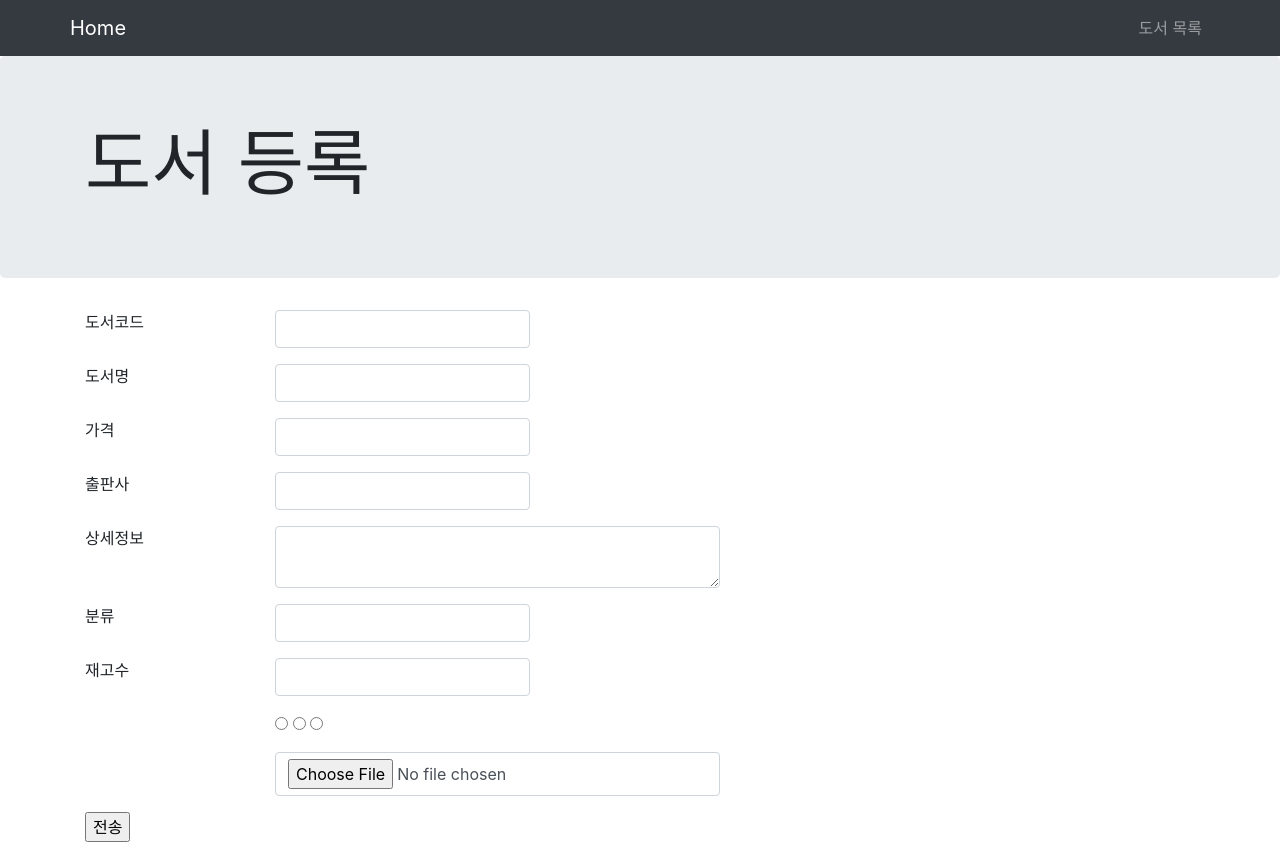
Repository: lhj257/jspwrokspace
Page: http://localhost/BookMarket/addBook.jsp
The author's editor kept a copy of each file at every save. The page is drawn from the files as they stood at one save, then again after the next save.
The browser window is 1280 px wide. The pictures show the whole page.
The page is served by Tomcat 9. Other server files are loaded and not shown.

Above is the page before, as saved 2023-08-30 01:29:53.

### BookMarket/src/main/webapp/addBook.jsp
<%@ page language="java" contentType="text/html; charset=UTF-8"
    pageEncoding="UTF-8"%>
<!DOCTYPE html>
<html>
<head>
<link rel="stylesheet"
	href="https://cdn.jsdelivr.net/npm/bootstrap@4.0.0/dist/css/bootstrap.min.css"
	integrity="sha384-Gn5384xqQ1aoWXA+058RXPxPg6fy4IWvTNh0E263XmFcJlSAwiGgFAW/dAiS6JXm"
	crossorigin="anonymous">
<meta charset="UTF-8">
<title>도서 등록</title>
</head>
<body>
	<jsp:include page="menu.jsp"/>
	<div class="jumbotron">
		<div class="container">
			<h1 class="display-3">도서 등록</h1>
		</div>
	</div>
	<div class="container">
		<form name="newProduct" action="./processAddProduct.jsp" class="form-horizontal" method="post" enctype="multipart/form-data">
			<div class="form-group row">
				<label class="col-sm-2">도서코드</label>
				<div class="col-sm-3">
					<input type="text" id="bookId" name="bookId" class="form-control">
				</div>
			</div>
			<div class="form-group row">
				<label class="col-sm-2">도서명</label>
				<div class="col-sm-3">
					<input type="text" id="name" name="name" class="form-control">
				</div>
			</div>
			<div class="form-group row">
				<label class="col-sm-2">가격</label>
				<div class="col-sm-3">
					<input type="text" id="unitPrice" name="unitPrice" class="form-control">
				</div>
			</div>
			<div class="form-group row">
				<label class="col-sm-2">출판사</label>
				<div class="col-sm-3">
					<input type="text" name="publisher" class="form-control">
				</div>
			</div>
			<div class="form-group row">
				<label class="col-sm-2">상세정보</label>
				<div class="col-sm-5">
					<textarea name="description" cols="50" rows="2" class="form-control"></textarea>
				</div>
			</div>
			<div class="form-group row">
				<label class="col-sm-2">분류</label>
				<div class="col-sm-3">
					<input type="text" name="category" class="form-control">
				</div>
			</div>
			<div class="form-group row">
				<label class="col-sm-2">재고수</label>
				<div class="col-sm-3">
					<input type="text" id="unitsInStock" name="unitsInStock" class="form-control">
				</div>
			</div>
			<div class="form-group row">
				<label class="col-sm-2"></label>
				<div class="col-sm-5">
					<input type="radio" name="condition" value="New">
					<input type="radio" name="condition" value="Old">
					<input type="radio" name="condition" value="Refurbished">
				</div>
			</div>
			<div class="form-group row">
				<label class="col-sm-2"></label>
				<div class="col-sm-5">
					<input type="file" name="productImage" class="form-control">
				</div>
			</div>
			<div class="form-group row">
				<div class="col-sm-offset-2 col-sm-10">
					<input type="button" name="btn btn-primary" value="전송" onclick="CheckAddProduct()">
				</div>
			</div>
		</form>
	</div>
</body>
</html>

### BookMarket/src/main/webapp/menu.jsp
<%@ page language="java" contentType="text/html; charset=UTF-8"
   pageEncoding="UTF-8" %>
	<nav class="navbar navbar-expand navbar-dark bg-dark">
		<div class="container">
			<div class="navbar-header">
				<a class="navbar-brand" href="./welcome.jsp">Home</a>
			</div>
			<div>
			<ul class="navbar-nav mr-auto">
				<li class="nav-item"><a class="nav-link" href="./books.jsp">도서 목록</a></li>
			</ul>
		</div>
		</div>
	</nav>

After the next save:
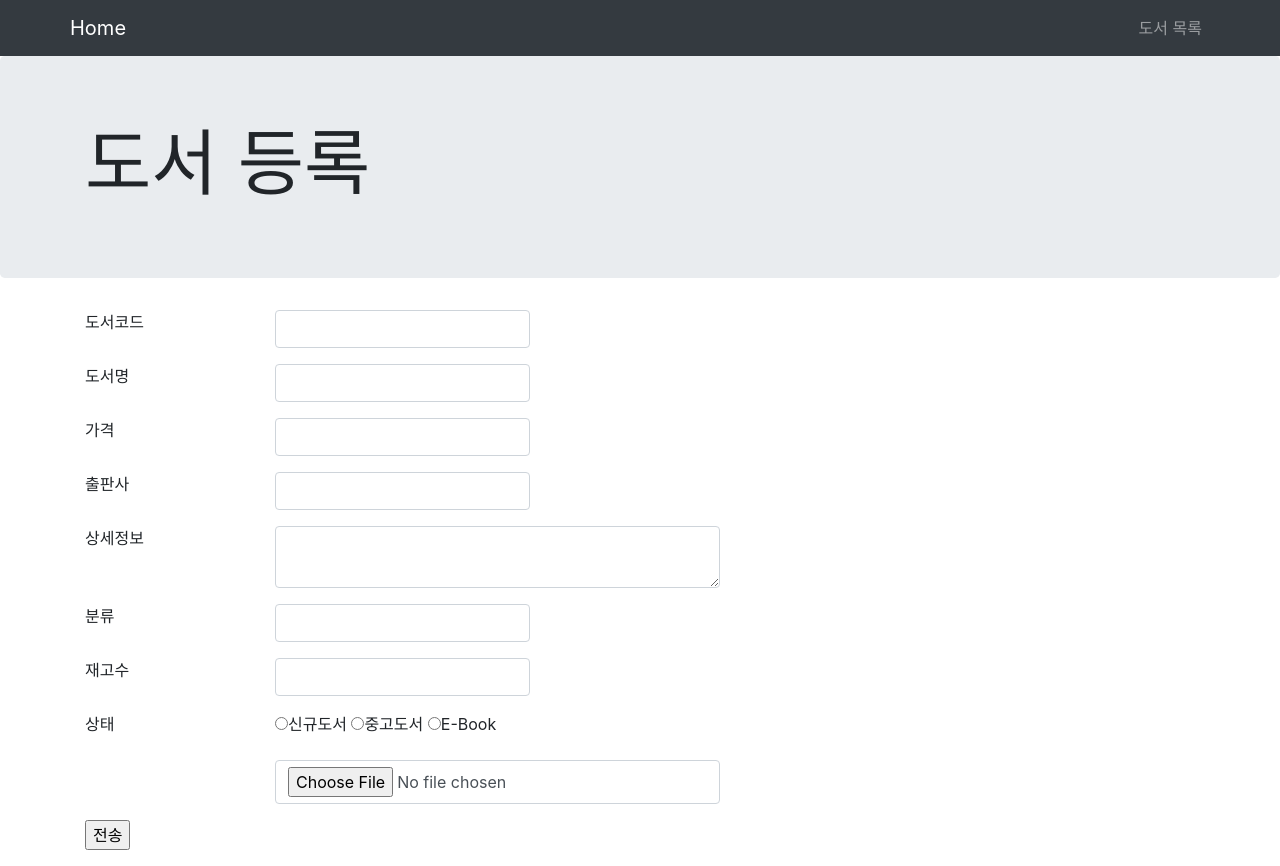
Saved 27 s later.
--- a/BookMarket/src/main/webapp/addBook.jsp
+++ b/BookMarket/src/main/webapp/addBook.jsp
@@ -62,11 +62,11 @@
 				</div>
 			</div>
 			<div class="form-group row">
-				<label class="col-sm-2"></label>
+				<label class="col-sm-2">상태</label>
 				<div class="col-sm-5">
-					<input type="radio" name="condition" value="New">
-					<input type="radio" name="condition" value="Old">
-					<input type="radio" name="condition" value="Refurbished">
+					<input type="radio" name="condition" value="New">신규도서
+					<input type="radio" name="condition" value="Old">중고도서
+					<input type="radio" name="condition" value="Refurbished">E-Book
 				</div>
 			</div>
 			<div class="form-group row">
